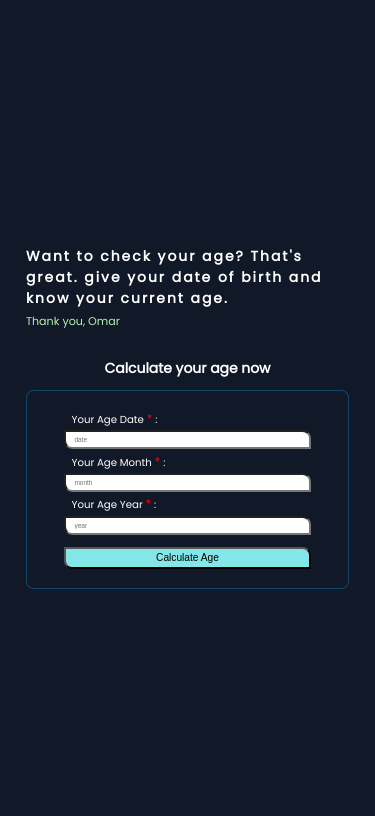
Repository: omarpervezz/age-calculator
Page: index.html
An editor plug-in stored every save of this project. The page is shown before and after the next save, followed by the edit.
The browser window is 375 px wide. The pictures show the whole page.
Some web fonts or font styles are not loaded; a fallback is used.

Above is the page before, as saved 2022-08-13 00:53:09.

### index.html
<!doctype html>
<html lang="en">

<head>
    <!-- Required meta tags -->
    <meta charset="utf-8">
    <meta name="viewport" content="width=device-width, initial-scale=1">

    <!-- Font Awesome Icons  -->
    <link rel="stylesheet" href="https://cdnjs.cloudflare.com/ajax/libs/font-awesome/5.15.1/css/all.min.css"
        integrity="sha512-+4zCK9k+qNFUR5X+cKL9EIR+ZOhtIloNl9GIKS57V1MyNsYpYcUrUeQc9vNfzsWfV28IaLL3i96P9sdNyeRssA=="
        crossorigin="anonymous" />

    <!-- Google Fonts  -->
    <link rel="preconnect" href="https://fonts.googleapis.com">
    <link rel="preconnect" href="https://fonts.gstatic.com" crossorigin>
    <link href="https://fonts.googleapis.com/css2?family=Poppins&display=swap" rel="stylesheet">
    <!-- Google Icon -->
    <link href="https://fonts.googleapis.com/icon?family=Material+Icons"
      rel="stylesheet">
      <link rel="stylesheet" href="https://fonts.googleapis.com/css2?family=Material+Symbols+Outlined:opsz,wght,FILL,GRAD@48,400,0,0" />
     <link rel="stylesheet" href="style.css">

    <title>Age Calculator</title>
</head>

<body>
   <div class="age_calculator_container">
    <div class="info container">
      <h1>Want to check your age? That's great. give your date of birth and know your current age.</h1>
      <span>Thank you, Omar</span>
     </div>
    <div class="container">
      <h2>Calculate your age now</h2>
       <div class="box">
        <form action="#" id="form">
            <div class="date_of_birth">
              <label for="date">
                Your Age Date <span>*</span> :
              </label>
              <input type="number" id="date" placeholder="date" class="date">
            </div>
            <div class="date_of_month">
              <label for="month">
                Your Age Month <span>*</span> :
              </label>
              <input type="number" id="month" placeholder="month" class="month">
            </div>
            <div class="date_of_year">
              <label for="year">
                Your Age Year <span>*</span> :
              </label>
              <input type="number" id="year" placeholder="year" class="year">
            </div>
            <div class="submit_">
              <button type="submit" id="submit" class="btn btn-primary">Calculate Age</button>
            </div>
        </form>
       </div>

    </div>
   </div>

    <script src="calculate.js"></script>
</body>

</html>

### style.css
body{
  background-color: #111827;
  color: white;
  font-family: 'Poppins', sans-serif;
  box-sizing: border-box;
  height: 100vh;
  display: flex;
  justify-content: center;
  align-items:
  center;
  overflow-x: hidden;
}
:root{
  --width:100%;
}
html{
  font-size: 62.5%;
}
h1{
  font-size: 1.5rem;
  margin-bottom: .4rem;
  padding-top: 1rem;
  line-height: 38px;
  letter-spacing: 2px;
}
h2{
  text-align: center;
  margin-top: 3rem;
}
.info span{
  color: #b3f1b3;
  font-weight: normal;
  font-size: 1.2rem;
}
.container{
  max-width: calc(var(--width) - 30%);
  margin: auto;
}
.box{
  background-color: #111827;
  overflow: hidden;
  padding: 2rem 4rem;
  height: fit-content;
  border: .2rem solid #0d81b973;
  border-radius: .8rem;
}
.box div{
  width:100%;
}
.box label{
  width:100%;
  display: block;
  font-size: 1.1rem;
  margin-bottom: .3rem;
  padding: 0 .8rem;
}
.box label span{
  color: red;
  margin-top: 0rem;
  font-size: 1.3rem;
}
.box input{
  padding: .9rem .9rem;
  margin-bottom: .4rem;
  border-top-right-radius: .9rem;
  border-bottom-left-radius: .9rem;
  width: 100%;
  box-sizing: border-box;
  transition: 0.3s background linear;
  -webkit-transition: 0.3s background linear;
  -moz-transition: 0.3s background linear;
  -ms-transition: 0.3s background linear;
  -o-transition: 0.3s background linear;
}
.addFocused{
  background: rgb(0 0 0);
  border: .2rem solid #0f4768;
  color: white;
}
.addFocused::placeholder{
  color: white;
  text-transform: capitalize;
}
.submit_{
  width: 82%;
}
.submit_ button{
  width: 100%;
  padding: .9rem .9rem;
  border-top-right-radius: .9rem;
  border-bottom-left-radius: .9rem;
  font-size: 1.1rem;
  cursor: pointer;
  background: #84e7e7;
  margin-top: .9rem;
  transition: 0.6s background linear;
  -webkit-transition: 0.6s background linear;
  -moz-transition: 0.6s background linear;
  -ms-transition: 0.6s background linear;
  -o-transition: 0.6s background linear;
}
.submit_ button:hover{
  background: transparent;
  color: #fff;
  border: .1rem solid white;
}
.result_box{
  background-color: #005574;
  border-radius: .9rem;
  margin-top: 2rem;
  position: relative;
}
.result_content{
  display:
  flex;
  flex-direction: column;
  padding: 1.3rem 0;
}
.result_content div{
  display:
  flex;
  flex-direction: row;
  justify-content: space-evenly;
}
.result_content div span{
  color: #e9e8e9;
  font-weight: 400;
  display: inline-block;
  margin-bottom: .7rem;
}
.material-symbols-outlined{
  position: absolute;
  right: 1.3rem;
  font-size: 1.4rem;
  top: 0.8rem;
  cursor: pointer;
  color: #4febf3;
  font-weight: normal;
}

@media (max-width:476px){
  html{
    font-size: 58%;
  }
  h1{
    line-height: initial;
  }
  .container{
    max-width: calc(var(--width) - 10%);
  }
  .box input{
    padding: .4rem .9rem;
    font-size: .7rem;
  }
  .submit_ button{
    padding: 0.4rem 0.9rem;
  }
}

### calculate.js
const birth_date = document.querySelector('.date');
const month = document.querySelector('.month');
const year = document.querySelector('.year');

// focus input and change bg
birth_date.addEventListener('focus', function(event){
  addClass(birth_date,event);
});
month.addEventListener('focus', function(event){
  addClass(month,event)
});
year.addEventListener('focus', function(event){
  addClass(year,event)
});
const addClass = (input,event) => {
  if(event.path[0].id == 'date'){
    event.path[0].classList.add('addFocused');
    month.classList.remove('addFocused');
    year.classList.remove('addFocused');
  }else if(event.path[0].id == 'month'){
    event.path[0].classList.add('addFocused');
    birth_date.classList.remove('addFocused');
    year.classList.remove('addFocused');
  }else if(event.path[0].id == 'year'){
    event.path[0].classList.add('addFocused');
    month.classList.remove('addFocused');
    birth_date.classList.remove('addFocused');
  }
}

const calculateAge = document.querySelector('#form');
calculateAge.addEventListener('submit', function(event) {
  event.preventDefault();
  let userDateOfBirth = document.querySelector('#date').value;  // 20
  let userBirthMonth = document.querySelector('#month').value;  // 12
  let userBirthYears = document.querySelector('#year').value;   // 1990

  // today date
  let date = new Date();   // new date
  let todayDate = date.getDate();  // current date
  let currentMonth = 1 + date.getMonth() // current month;
  let currentYear = date.getFullYear() // current year;
  let months_ = [31, 28, 31, 30, 31, 30, 31, 31, 30, 31, 30, 31] // random array for 31 28 30 calculated;


  if(userDateOfBirth > todayDate){  // checking if userdate > today date
    todayDate = todayDate + months_[currentMonth - 1]; // 44
    currentMonth = currentMonth - 1; //7
  }
if(userBirthMonth > currentMonth){
  console.log(currentMonth);
  currentMonth = currentMonth + 12; // 19
  console.log(currentMonth);
  currentYear = currentYear - 1; // 2021
}

  let d = todayDate - userDateOfBirth; // 13 - 20 = -7
  console.log(currentMonth);
  console.log(userBirthMonth);
  let m = currentMonth - userBirthMonth // 8 - 12 == -4;
  let y = currentYear - userBirthYears // 2022 - 1990 32;

  const box = document.querySelector('.box');

  box.innerHTML += `
  <div class="result_box">
  <span class="material-symbols-outlined" id="close-item">
close
</span>

  <div class="result_content">
   <div>
     <span>Your Age</span><span>${y} Years</span>
   </div>
   <div><span>Your Month</span><span>${m} Month</span></div>
   <div>
     <span>Your Days</span><span>${d} Days</span>
   </div>
  </div>
</div>
  `
  const item = document.querySelector('.result_box');
  const closeItem = document.querySelector('#close-item');
  closeItem.addEventListener('click', function(event){
    item.remove();
    location.reload();
  })
});

After the next save:
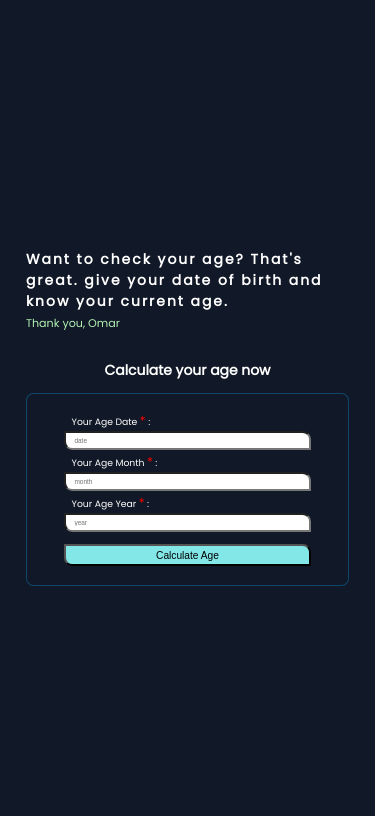
Saved 51 s later.
--- a/style.css
+++ b/style.css
@@ -155,4 +155,11 @@ h2{
   .submit_ button{
     padding: 0.4rem 0.9rem;
   }
+  .box label {
+    width: 100%;
+    display: block;
+    font-size: 1rem;
+    margin-bottom: 0.1rem;
+    padding: 0 0.8rem;
 }
+}
